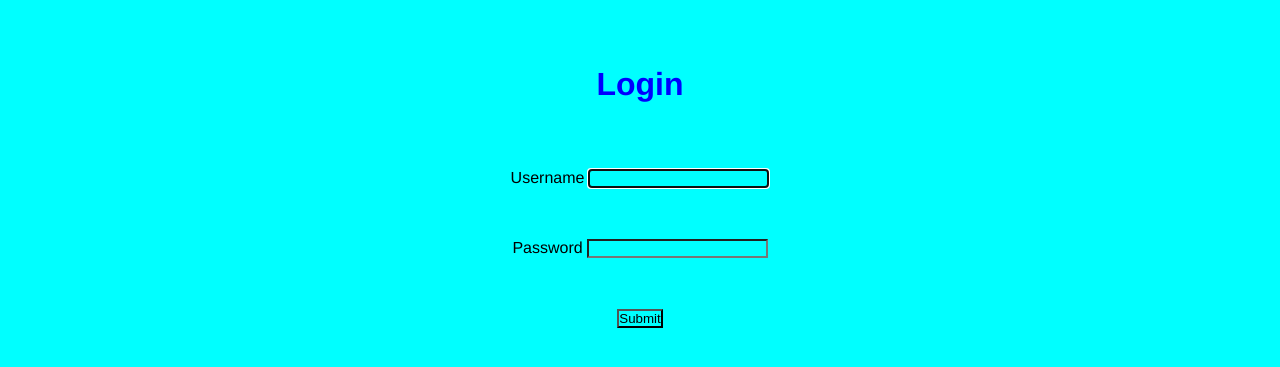
Repository: shreyajadhav13/TP_RP_05
Page: intermediate/form.html
These files come from the project's save history. The page is drawn as it stood at one moment and after the next save; the edit follows.
The browser window is 1280 px wide. The pictures show the whole page.

Above is the page before, as saved 2024-06-20 14:25:37.

### intermediate/form.html
<!DOCTYPE html>
<html lang="en">
<head>
    <meta charset="UTF-8">
    <meta name="viewport" content="width=device-width, initial-scale=1.0">
    <title>Document</title>
    <link rel="stylesheet" href="assets/style.css" />
</head>
<body>
    <h1 id="login">Login</h1>
    <form action="index.php" method="post">
        <label for="fname">Username</label>
  <input type="text" id="fname" name="fname" autofocus><br><br>
  <label for="lname">Password</label>
  <input type="text" id="lname" name="lname"><br><br>
  <input type="submit">
</form>

</body>
</html>

### intermediate/assets/style.css
/* Global Selector */
*{
    /* CSS Resetting */
    margin: 0;
    padding: 0;
    text-align: center;
    box-sizing: border-box;
    background-color: aqua;
    margin-top: 33px;

}

h1,label{
    font-family: 'Franklin Gothic Medium', 'Arial Narrow', Arial, sans-serif;
}

/*  Id Selector */
#login{
    color: blue;
}

/*  Class Selector */
.form-input{
    padding: 10px 20px;
    box-shadow: 0px 0px 3px 0px black;
    height: 500px;
    width: 500px;
}

button:hover {
    opacity: 0.8;
  }

After the next save:
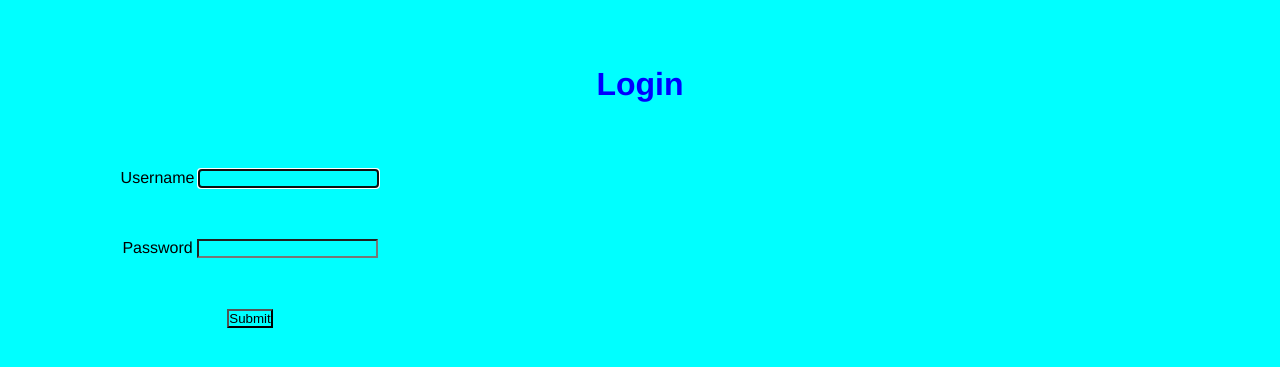
Saved 2 min 20 s later.
--- a/intermediate/assets/style.css
+++ b/intermediate/assets/style.css
@@ -18,13 +18,14 @@
 #login{
     color: blue;
 }
-
+form{
+    height: 500px;
+    width: 500px;
+}
 /*  Class Selector */
 .form-input{
     padding: 10px 20px;
     box-shadow: 0px 0px 3px 0px black;
-    height: 500px;
-    width: 500px;
 }
 
 button:hover {
